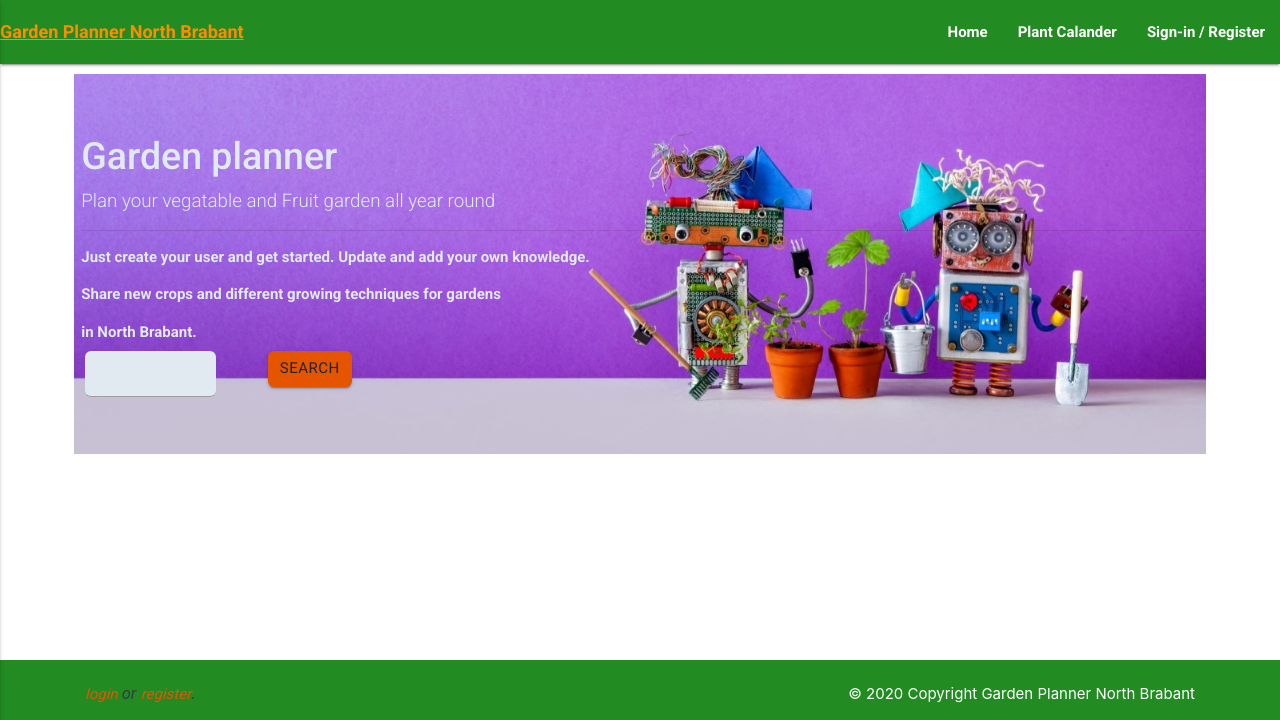
Repository: Lemoenskil/Milestone_project_3_Garden_planner
Page: http://localhost/
The author's editor kept a record of every edit. The page is drawn from the files as they stood at one moment, then again after the next edit.
The browser window is 1280 px wide. The pictures show the whole page.
The pointer rests on the first visible `a`.
Some web libraries are served in a nearby version. The page is served by the project's application, run on Flask 3 (app.py). Other server files are loaded and not shown. Queries for data that is not in the repository find no rows.

Above is the page before.

### templates/plant_records.html
{% extends "base.html" %}
{% block content %}

<div class="row justify-content-center image">
  <div class="jumbotron jumbotron-fluid text-left ml-2  font-weight-bold">
    <h1 class="display-6">Garden planner</h1>
    <p class="lead">Plan your vegatable and Fruit garden all year round</p>
    <hr class="my-6">
    <p>Just create your user and get started. Update and add your own knowledge.</p>
    <p>Share new crops and different growing techniques for gardens </p>
    <p>in North Brabant.</p>
    <div class="row container-fluid inner">
      <form class="col-lg-6 nopadding" id="search-site" action="{{ url_for('search') }}" ' method='get '>
        <div class="input-group mt-5 col-8 nopadding">
          <div class="col-6 float-right nopadding">
          <button type="submit" class="input-group-addon btn search_btn">search</button>
          </div>
          <div class="col-6 float-left nopadding">
          <label><input id="search" type="search" name='query' class="col-9 nopadding search_box"></label>
          </div>
        </div>
      </form>
    </div>
  </div>
</div>

<div class="row text-center justify-content-center">
  {% for plant in plants%}
    <a href="{{url_for('view_plant', plant_id=plant._id)}}" class="card col-md-4 col-lg-3 mt-5 col-sm-12 col-xl-3" >
      <img src="{{plant.picture_link}}" class="card-img-top" alt="Responsive image" class="img-thumbnail">
      <div class="card-body">
         <h5 class="card-title">{{plant.plant_name}}</h5>
      </div>
    </a>
  {%endfor%}
</div>

<div>
  <div aria-label="" class="card-sm">
    <ul class="pagination justify-content-center">
      {% if page > 1 %}
      <li class="page-item">
        <a class="page-link" href="{{url_for('get_plant_record', page=page-1)}}" aria-label="Previous">
          <span aria-hidden="true">&laquo;</span>
          <span class="sr-only">Previous</span>
        </a>
      </li>
      {% endif %}
      {% for pagenum in pages %}
        {% if pagenum == page %}
          <li class="page-item active" aria-current="page">
        <a class="page-link" href="#">{{ pagenum }}<span class="sr-only">(current)</span></a> {% else %}
        <li class="page-item">
          <a class="page-link" href="{{url_for('get_plant_record', page=pagenum)}}">{{ pagenum }}</a></li>
        {% endif %}
      {% endfor %}
      {% if page < total %}
        <li class="page-item">
          <a class="page-link" href="{{url_for('get_plant_record', page=page+1)}}" aria-label="Next">
            <span aria-hidden="true">&raquo;</span>
            <span class="sr-only">Next</span>
          </a>
        </li>
      {% endif %}
    </ul>
  </div>
</div>

{% endblock %}

### templates/base.html
<!DOCTYPE html>
<html lang="en">
<head>
    <meta charset="UTF-8">
    <meta name="viewport" content="width=device-width, initial-scale=1.0">
    <meta http-equiv="X-UA-Compatible" content="ie=edge">
    <link href="https://fonts.googleapis.com/icon?family=Material+Icons" rel="stylesheet">
    <link rel="stylesheet" href="https://cdnjs.cloudflare.com/ajax/libs/materialize/0.100.2/css/materialize.min.css">
    <link href="https://stackpath.bootstrapcdn.com/bootstrap/4.4.1/css/bootstrap.min.css" rel="stylesheet" integrity="sha384-Vkoo8x4CGsO3+Hhxv8T/Q5PaXtkKtu6ug5TOeNV6gBiFeWPGFN9MuhOf23Q9Ifjh" crossorigin="anonymous">
    <link rel="stylesheet" href="{{url_for('static', filename='css/style.css')}}" type="text/css" />
    <title>Garden Planner</title>
</head>
<body>
    <header>

        <!-- Dropdown Structure -->
        <ul id="dropdown1" class="dropdown-content">
            <li><a href="#" ><i class="tiny material-icons left">account_circle</i> {{session['username']}}</a></li>
            <li><a href="{{url_for('logout')}}">Log off</a></li>
        </ul>


        <nav>
            <div class="nav-wrapper">
                <a href="{{url_for('get_plant_record')}}" class="brand-logo hide-on-small-only">Garden Planner North Brabant</a>
                <a href="{{url_for('get_plant_record')}}" data-activates="mobile" class="button-collapse"><i class="material-icons">menu</i></a>
                <ul class="right hide-on-med-and-down">
                    <li><a href="{{url_for('get_plant_record')}}">Home</a></li>
                    <li><a href="{{url_for('list_plant')}}">Plant Calander</a></li>
                {% if 'username' not in session %}
                    <li><a href="{{url_for('login')}}">Sign-in / Register</a></li>
                {% else %}
                    <li><a href="{{url_for('add_plant')}}">New Plant</a></li>
                    <li><a href='#' data-activates='dropdown1' class="dropdown-button">
                        <i class="small material-icons left">account_circle</i> {{session['username']}}</a>
                    </li>
                {% endif %}
                </ul>
                <ul class="side-nav" id="mobile">
                    <li><a href="{{url_for('get_plant_record')}}">Home</a></li>
                    <li><a href="{{url_for('add_plant')}}">New Plant</a></li>
                    <li><a href="{{url_for('list_plant')}}">Plant Calander</a></li>
                    <li><a href="{{url_for('register_new_user') }}">Register</a></li>
                    <li><a href="{{url_for('logout')}}">Log off</a></li>
                    <li><a href="{{ url_for('login') }}">Sign In</a></li>
                </ul>
            </div>
        </nav>



    </header>

    <main class="container">
        {% block content %}{% endblock %}

    </main>

    <footer class="page-footer">
        <div class="container" class="footer-copyright">
            <br>
            {% if 'username' not in session %}
            <p class="text-dark font-italic bg-transparent float-left">
                <a href="{{ url_for('login') }}">login</a>
                 or
                <a href="{{ url_for('register_new_user') }}">register</a>.
            </p>
            {% else %}
            {% endif %}
            <p class=float-right> © 2020 Copyright Garden Planner North Brabant</p>
        </div>
    </footer>

    <script src="https://code.jquery.com/jquery-3.4.1.slim.min.js" integrity="sha384-J6qa4849blE2+poT4WnyKhv5vZF5SrPo0iEjwBvKU7imGFAV0wwj1yYfoRSJoZ+n" crossorigin="anonymous"></script>
    <script src="https://cdnjs.cloudflare.com/ajax/libs/jquery/3.2.1/jquery.min.js"></script>
    <script src="https://maxcdn.bootstrapcdn.com/bootstrap/4.1.1/js/bootstrap.min.js"></script>
    <script src="https://cdnjs.cloudflare.com/ajax/libs/materialize/0.100.2/js/materialize.min.js"></script>
    <script type="text/javascript">
        $(document).ready(function() {
            $(".button-collapse").sideNav();
            $(".dropdown-button").dropdown();

        });
        $('#myModal').on('shown.bs.modal', function () {
             $('#myInput').trigger('focus')
        });
    </script>
</body>

</html>

### app.py
import os
from flask import Flask, render_template, redirect, abort, request, url_for, session, flash
from flask_pymongo import PyMongo
from form import LoginForm, RegisterForm
from bson.objectid import ObjectId
import math
import re
import bcrypt



app = Flask ("----name----")
app.config["MONGO_DBNAME"] = 'garden_planner'
app.config["MONGO_URI"] = 'mongodb+srv://CP3O:iYmkh8QOgi2fhu2y@lemoenskil-4vjdx.mongodb.net/garden_planner?retryWrites=true&w=majority'

# Set the secret key to some random bytes. Keep this really secret!
app.secret_key = os.environ.get('SECRET_KEY') or 'y6rdh777y685hf67gk9786j65g9h*&^^*(^'

plants_per_page = 6

mongo = PyMongo(app)

@app.route('/')
@app.route('/plant_records')
def get_plant_record():
    page_number = int(request.args.get('page', 1))
    plants_to_skip = (page_number - 1) * plants_per_page
    plant_count = mongo.db.plant_data.count({})
    page_count = int(math.ceil(plant_count / plants_per_page))
    page_numbers = range(1, page_count + 1)
    plants_on_page = mongo.db.plant_data.find().skip(plants_to_skip).limit(plants_per_page)
    return render_template("plant_records.html", title="Home", plants=plants_on_page, page=page_number, pages=page_numbers, total=page_count)

@app.route('/register', methods=['GET', 'POST'])
def register_new_user():
    """Registers a new user"""
    form = RegisterForm(request.form)
    if form.validate_on_submit():
        all_existing_users = mongo.db.user_data
        found_user = all_existing_users.find_one({
            'name': request.form['username']
        })

        if found_user:
            flash(f"Username `{request.form['username']}` is already taken. Please try a different username.")
        else:
            # Convert password to hash to prevent password leakage should we get hacked
            hashed_password = bcrypt.hashpw(
                request.form['password'].encode('utf-8'),
                bcrypt.gensalt()
            )
            all_existing_users.insert_one({
                'name': request.form['username'],
                'password': hashed_password,
                'email': request.form['email']
            })
            # User successfully registered, so treat the user as logged in.
            session['username'] = request.form['username']
            return redirect(url_for('get_plant_record'))
    return render_template('register.html', title='Register', form=form)


@app.route('/login', methods=['GET', 'POST'])
def login():
    """Logs the user in"""
    if session.get('logged_in') is True:
        return redirect(url_for('get_plant_record', title="Sign In"))

    form = LoginForm()

    if form.validate_on_submit():
        all_existing_users = mongo.db.user_data
        found_user = all_existing_users.find_one({
            'name': request.form['username']
        })

        if found_user:
            password_matches = bcrypt.checkpw(
                request.form['password'].encode('utf-8'),
                found_user['password']
            )
            if password_matches:
                # Successful log-in: Store and redirect
                session['username'] = request.form['username']
                session['logged_in'] = True
                return redirect(url_for('get_plant_record', title="Sign In", form=form))
            flash('Invalid username / password combination')
    return render_template("login.html", title="Sign In", form=form)

@app.route('/logout')
def logout():
    """Logs the user out"""
    session.clear()
    return redirect(url_for('get_plant_record'))


@app.route('/list_plant')
def list_plant():
    return render_template("list_plant.html", plants=mongo.db.plant_data.find())

@app.route('/view_plant/<plant_id>')
def view_plant(plant_id):
    """Shows full plant details"""
    mongo.db.plant_data.find_one(
        {'_id': ObjectId(plant_id)},
    )
    plant_db = mongo.db.plant_data.find_one_or_404({'_id': ObjectId(plant_id)})
    return render_template("view_plant.html", plant=plant_db)

@app.route('/add_plant')
def add_plant():
    if 'username' not in session:
        return redirect(url_for('login'))
    return render_template("add_plant.html")

@app.route('/insert_plant', methods=['POST'])
def insert_plant():
    if 'username' not in session:
        abort(401)
    plants = mongo.db.plant_data
    plants.insert_one(convert_form_to_plant_data(request.form))
    return redirect(url_for('get_plant_record'))

@app.route('/update_plant/<plant_id>')
def update_plant(plant_id):
    if 'username' not in session:
        return redirect(url_for('login'))
    plants =  mongo.db.plant_data.find_one({"_id": ObjectId(plant_id)})
    return render_template('update_plant.html', plant=plants)

def convert_form_to_plant_data(form):
    value_sowing_under_glass = [ month for month in range(1, 13) if f"sowing-under-glass-{month}" in form ]
    value_outside_seeding = [ month for month in range(1, 13) if f"outside-seeding-{month}" in form ]
    value_harvest = [ month for month in range(1, 13) if f"harvest-{month}" in form ]
    return {
        'plant_name':form.get('plant_name'),
        'picture_link':form.get('picture_link'),
        'crop_group': form.get('crop_group'),
        'crop_family': form.get('crop_family'),
        'soil':form.get('soil'),
        'frost_tolerant':form.get('frost_tolerant'),
        'position':form.get('position'),
        'feeding':form.get('feeding'),
        'companions':form.get('companions'),
        'spacing':form.get('spacing'),
        'Sow_and_Plant':form.get('Sow_and_Plant'),
        'Harvesting':form.get('Harvesting'),
        'Pests':form.get('Pests'),
        'Note':form.get('Note'),
        'value_sowing_under_glass':value_sowing_under_glass,
        'value_outside_seeding':value_outside_seeding,
        'value_harvest':value_harvest,
    }

@app.route('/edit_plant/<plant_id>', methods=["POST"])
def edit_plant(plant_id):
    print("whapsie")
    if 'username' not in session:
        abort(401)
    plants = mongo.db.plant_data
    plants.update( {'_id': ObjectId(plant_id)}, convert_form_to_plant_data(request.form))
    return redirect(url_for('get_plant_record'))

@app.route('/delete_plant/<plant_id>')
def delete_plant(plant_id):
    print("oopsie")
    if 'username' not in session:
        abort(401)
    mongo.db.plant_data.remove({'_id': ObjectId(plant_id)})
    return redirect(url_for('get_plant_record'))

@app.route('/search')
def search():
    """Provides logic for search bar"""
    query_A = request.args['query'].strip()
    regx = re.compile(f".*{query_A}.*", re.IGNORECASE)
    query = {'$regex': regx }
    results = mongo.db.plant_data.find({
        '$or': [
            {'plant_name': query},
            {'Note': query},
            {'crop_group': query},
        ]
    })
    return render_template('search_results.html', query=query_A, results=results)

if __name__ == '__main__':
    app.run(host=os.environ.get('IP'),
            port=int(os.environ.get('PORT')),
            debug=True)

### static/css/style.css
@import url('https://fonts.googleapis.com/css?family=Roboto:100,200,300,400,500,600,700|Anton:300,400,500|Maven Pro:100,200,300,400,500,600,700');

body {
  display: flex;
  min-height: 100vh;
  flex-direction: column;
}

main {
  flex: 1 0 auto;
}

a{
    color: #E55500;
    font-family: Roboto;
    font-size: 600;
}
a:hover{
    color: darkorange;
}


/*------------------------------------------------------------------Navbar------------- */

nav .brand-logo{
    font-size: 1.2rem!important;

}

.nav-wrapper{
    background-color: forestgreen;
    font-family: Roboto!important;
    font-weight: 700;

}

/*------------------------------------------------------------------Jumbothron------------- */

.jumbotron {
    background-color: transparent;
    width: 100%;
    font-family: Roboto!important;
    font-weight: 700;
    color: #E1EAF1;
}

.image{
    margin-top: 10px;
    background-image:url("/static/images/gardeners.gif");
    background-size: cover;
}


.inner{
    margin-top:70px ;
    }


.disp_search_out{
    position: relative;
}

.disp_search_in{
    display: inline-block;
}


.search_box{
    background-color: #E1EAF1!important;
    border-radius: 6px!important;
}

.search_btn{
    background-color: #E55500!important;
    border-radius: 6px!important;
}







/*------------------------------------------------------------------Main_Cards_pagintate------------- */


.card{
  width: 100%;
}

.mt-5, .my-5 {
    margin: 2rem!important;
}


.page-item.active .page-link{
    background-color: forestgreen;
}





.page-footer{
    left: 0;
    bottom: 0;
    width: 100%;
    background-color: forestgreen;
    color: white;
    text-align: center;
    padding: 0px;
}


.btn:hover {
    background-color:forestgreen!important;
}


.card-sm{
  margin-bottom: 50px;
}

.form-control-borderless {
    border: none;
}

.form-control-borderless:hover, .form-control-borderless:active, .form-control-borderless:focus {
    border: none;
    outline: none;
    box-shadow: none;
}


.align-items-center{
    margin: 0px!important;
}

.under-glass{
    background-color: yellow;
}
.outside-seeding {
    background-color: orange;
}

.harvest{
    background-color: green;
}
.header-edit-form{
    text-align: center;
}

.list_headings{
    color: #d8e332!important;
}


.input-group{
  display:table;
  width:100%;
}
.input-group .input-field,
.input-group .input-group-addon{
  display:table-cell;
}

.page-item.active .page-link{
    z-index: 0!important;
}

.card-img-top{
    width: 100%;
    min-height: 300px;
    object-fit: cover;
}
.modal{
    background-color: transparent;
    max-height: 100%;
}

.modal .modal-footer{
    background-color: transparent;
}

.container {
    overflow: auto;
}

.nopadding {
   padding: 0 !important;
   margin: 0 !important;
}



.fixed-action-btn{
    right:6%;
    bottom:6%;
}

/*------------------------------------------------------------------Media Queries------------- */

@media(min-width: 450px){
    .inner{
   position:absolute;
   bottom: 0;
    }
   .jumbotron{
    position:relative;
    height: 350px;
   }

}

@media(min-width: 1020px){
    .container{
        overflow: hidden!important;
    }
    .fixed-action-btn{
    right:15%!important;
    bottom:15%!important;
    }
    .btn-floating.btn-large{
        width: 65px;
        height: 65px;
    }
}

After the next edit:
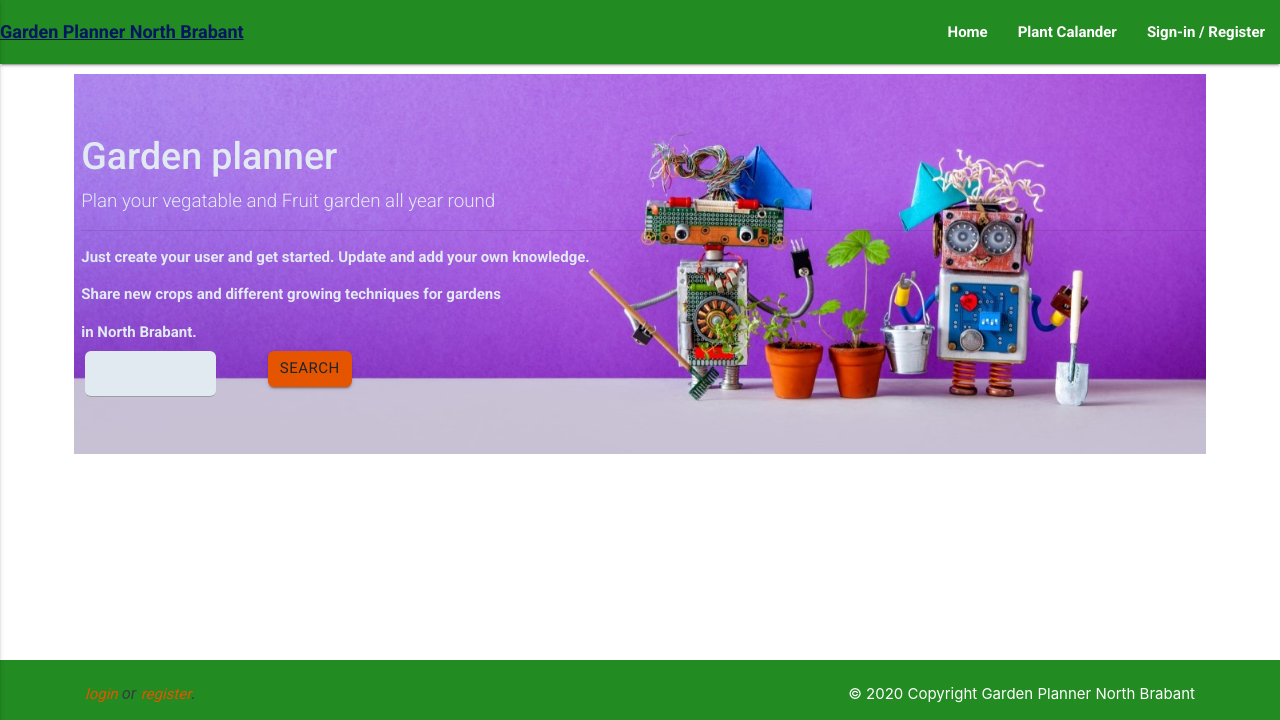
The edit:
--- a/static/css/style.css
+++ b/static/css/style.css
@@ -16,7 +16,9 @@
     font-size: 600;
 }
 a:hover{
-    color: darkorange;
+    color: #001660;
+    font-family: Roboto;
+    font-size: 600;
 }
 
 
